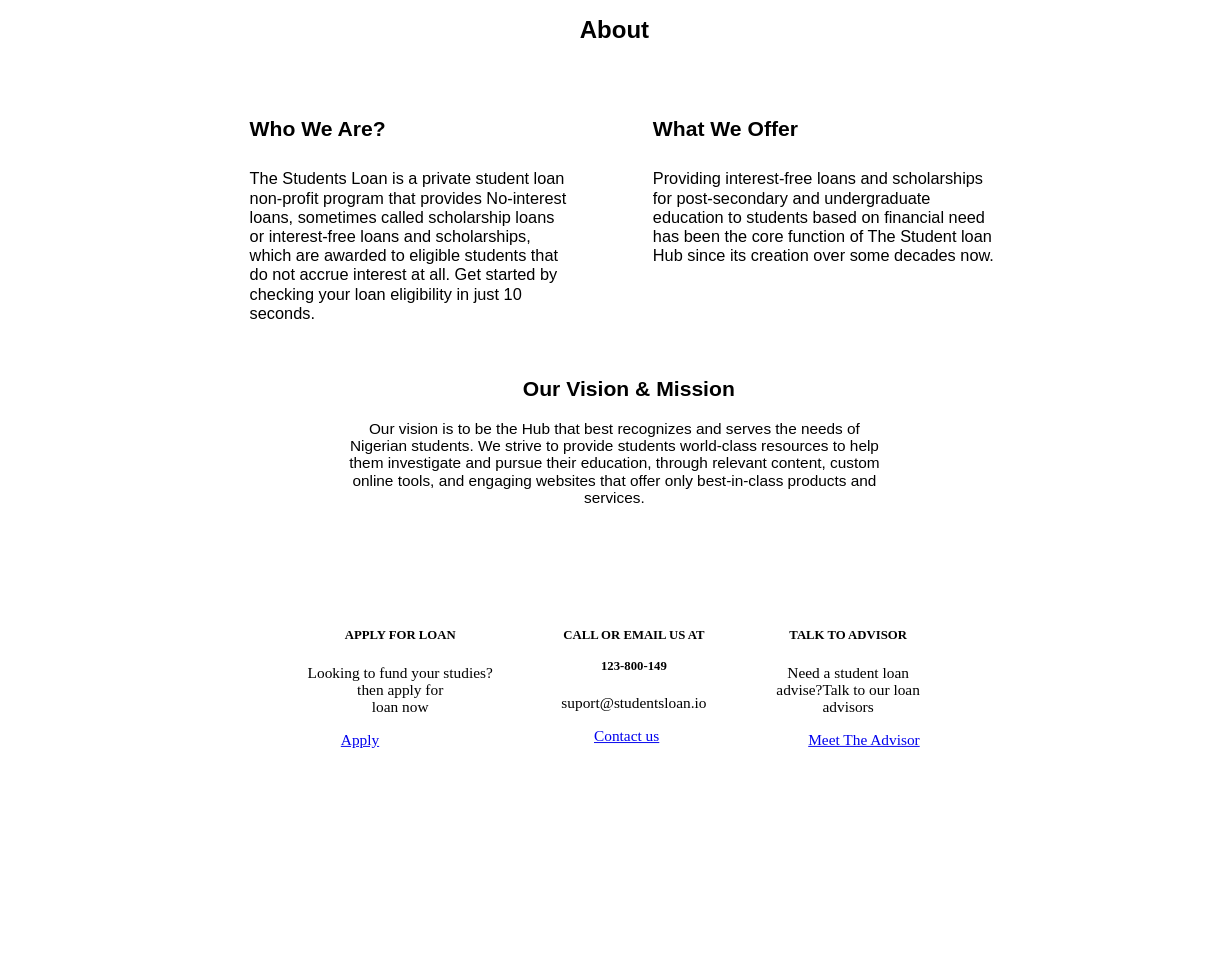
Repository: Tobby004/basic-loanweb
Page: about.html
These files come from the project's save history. The page is drawn as it stood at one moment and after the next save; the edit follows.
The browser window is 1280 px wide. The pictures show the whole page, at 96% of full size.

Above is the page before, as saved 2023-07-05 10:09:06.

After the next save:
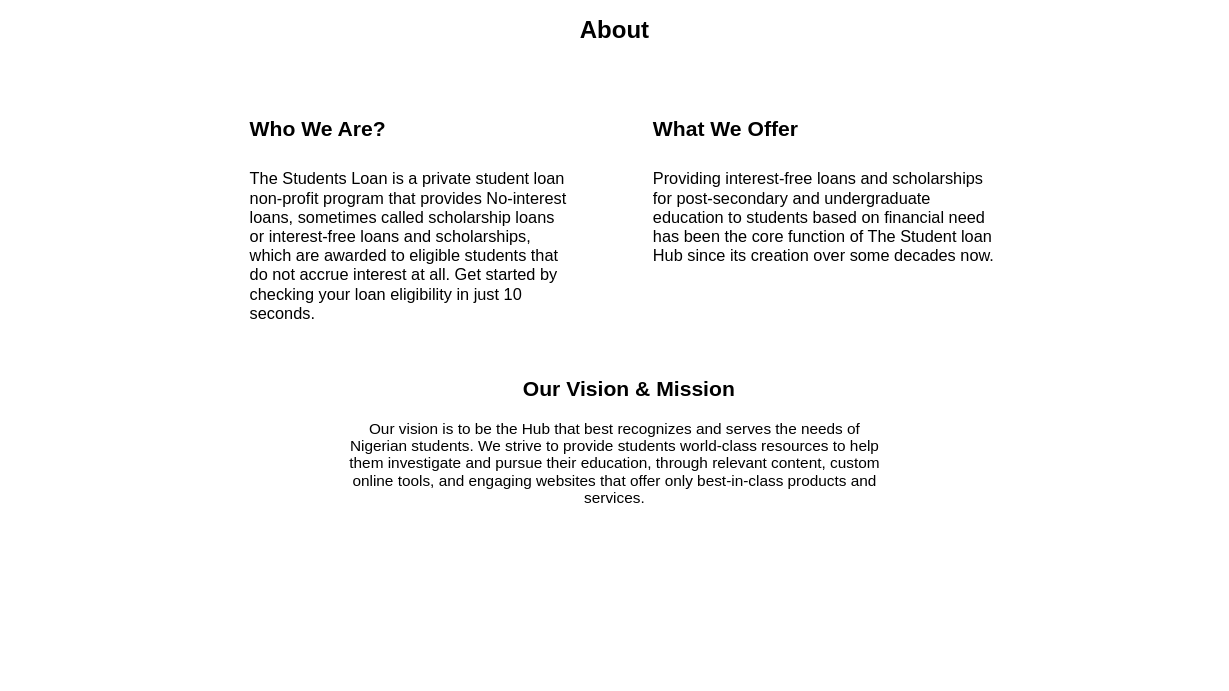
Saved 76 s later.
--- a/about.html
+++ b/about.html
@@ -23,23 +23,6 @@
         <h4>Our Vision & Mission</h4>
         <p>Our vision is to be the Hub that best recognizes and serves the needs of Nigerian students. We strive to provide students world-class resources to help them investigate and pursue their education, through relevant content, custom online tools, and engaging websites that offer only best-in-class products and services.</p>
     </div>
-    <div class="contact-box">
 
-        <div class="cob-1">
-       <h5>APPLY FOR LOAN</h5>
-       <p>Looking to fund your studies? <br> then apply for <br> loan now</p>
-       <a href="#">Apply</a>
-        </div>
-        <div class="cob-2">
-         <h5>CALL OR EMAIL US AT <br><br>123-800-149</h5>
-         <p>suport@studentsloan.io</p>
-         <a href="#">Contact us</a>
-        </div>
-        <div class="cob-3">
-         <h5>TALK TO ADVISOR</h5>
-         <p>Need a student loan <br> advise?Talk to our loan advisors</p>
-         <a href="#">Meet The Advisor</a>
-        </div>
-    </div>
 </body>
 </html>
--- a/about.css
+++ b/about.css
@@ -59,48 +59,8 @@ h1 {
     text-align: center;
     font-family: sans-serif;
 }
-.contact-box{
-    display:flex ;
-    gap: 20px;
-    justify-content: space-between;
-    margin: auto;
-    height: 400px;
-    width: 690px;
-    background: #ffffff;
-}
-.contact-box h3 {
-    text-align: center;
-}
-.contact-box p {
-    text-align: center;
-}
-.cob-1 {
-    margin-top: 20px;
-    height: 200px;
-    width: 300px;
-    background: white;
-    border-radius: 9px;
-}
-.cob-2 {
-    margin-top: 20px;
-    height: 200px;
-    width: 250px;
-    background: white;
-    border-radius: 9px;
-}
-.cob-3 {
-    margin-top: 20px;
-    height: 200px;
-    width: 250px;
-    background: white;
-    border-radius: 9px;
-}
-.contact-box h5 {
-    text-align: center;
-}
-.contact-box a {
-    margin-left: 60px;
-}
+
+
 
 
 @media only screen and (max-width:400px) {
